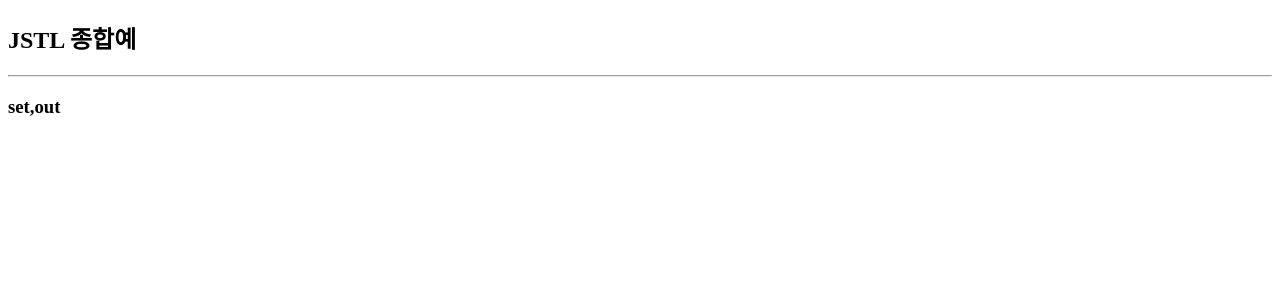
Repository: heezzanggg/JSPWebProgramming
Page: http://localhost/jwbook/ch07/jstlExam.jsp
The author's editor kept a copy of each file at every save. The page is drawn from the files as they stood at one save, then again after the next save.
The browser window is 1280 px wide. The pictures show the whole page.
The page is served by Tomcat 9.

Above is the page before, as saved 2023-03-27 18:15:41.

After the next save:
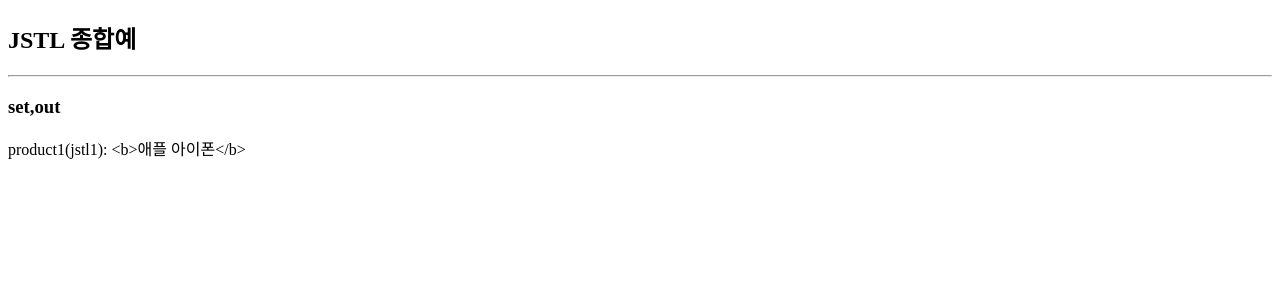
Saved 87 s later.
--- a/JSPWebProgramming/jwbook/src/main/webapp/ch07/jstlExam.jsp
+++ b/JSPWebProgramming/jwbook/src/main/webapp/ch07/jstlExam.jsp
@@ -16,5 +16,10 @@
 	<c:set var="product1" value="<b>애플 아이폰</b>" />
 	<c:set var="product2" value="삼성 갤럭시 노트"/>
 	<c:set var="intArray" value="${[1,2,3,4,5]}"/>
+
+	<p>
+		product1(jstl1):
+		<c:out value="${product1}" default="Not registered" escapeXml="true" />
+	</p>
 </body>
 </html>
